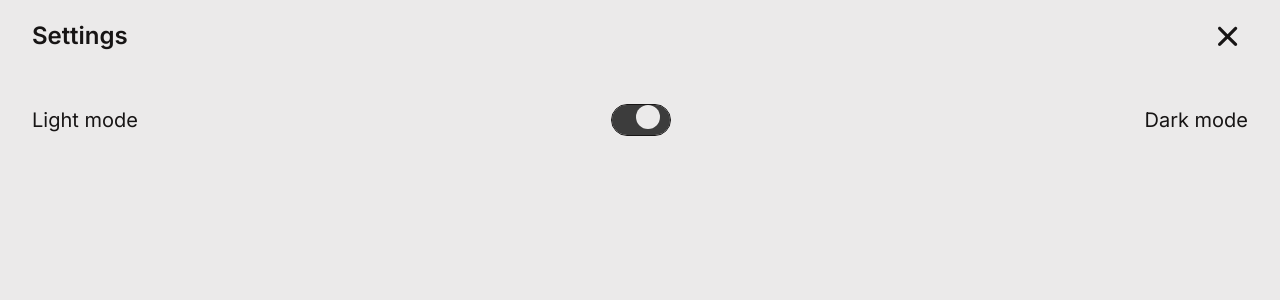
Repository: IdaHolmen/notes
Page: index.html
These files come from the project's save history. The page is drawn as it stood at one moment and after the next save; the edit follows.
The browser window is 1280 px wide. The pictures show the whole page.
The first `input` is checked.

Above is the page before, as saved 2024-10-26 18:50:45.

### index.html
<!DOCTYPE html>
<html lang="en">
    <head>
        <meta charset="UTF-8" />
        <meta name="viewport" content="width=device-width, initial-scale=1.0" />
        <title>Notes</title>

        <link rel="stylesheet" href="./css/reset.css" />
        <link rel="stylesheet" href="./css/style.css" />
    </head>
    <body>
        <header class="notes-header">
            <button class="hamburger-button header-buttons">
                <img src="./assets/hamburger.svg" alt="Hamburger menu" class="hamburger-image header-images" />
            </button>
            <h1 class="headline">Notes</h1>
            <button class="add-notes-button header-buttons">
                <img src="./assets/plus.svg" alt="A plus sign to add notes" class="add-notes-image header-images" />
            </button>
        </header>

        <main class="main-container">
            <div class="default-container">
                <p class="default-text">Tap the + to add a new note</p>
            </div>

            <div class="hamburger-menu">
                <div class="hamburger-header">
                    <h2 class="headline">Settings</h2>
                    <button class="close-button header-buttons">
                        <img src="./assets/exit.svg" alt="Exit button" class="exit-image" />
                    </button>
                </div>

                <div class="hamburger-main-container">
                    <div class="mode-container">
                        <p class="mode-text">Light mode</p>

                        <label class="switch">
                            <input type="checkbox" />
                            <span class="slider round"></span>
                        </label>

                        <p class="mode-text">Dark mode</p>
                    </div>
                </div>
            </div>
        </main>
        <script src="app.js"></script>
    </body>
</html>

### css/reset.css
*, *::before, *::after {
	box-sizing: border-box;
  }

* {
	margin: 0;
	padding: 0;
}

body {
	line-height: 1.5;
	-webkit-font-smoothing: antialiased;
}

img, picture, video, canvas, svg {
	display: block;
	max-width: 100%;
}

input, textarea, select {
	font: inherit;
}

p, h1, h2, h3, h4, h5, h6 {
	overflow-wrap: break-word;
}

#root, #__next {
	isolation: isolate;
}

button {
	font: inherit;
	background: transparent;
	border: none;
	cursor: pointer;
	touch-action: manipulation;
}

a {
	color: inherit;
	text-decoration: none;
}

### css/style.css
@import url('https://fonts.googleapis.com/css2?family=Inter:ital,opsz,wght@0,14..32,100..900;1,14..32,100..900&display=swap');

:root {
    --primary-color: #ebeaea;
    --secondary-color: #171515;
    --dark-card-color: #3c3c3c;
    --light-card-color: #f0edc7;
}

body {
    width: 100%;
    height: 100vh;
    background-color: var(--primary-color);
    color: var(--secondary-color);
    font-family: 'Inter';
}

.notes-header {
    width: 100%;
    height: 10%;
    display: none;
    flex-direction: row;
    align-items: center;
    justify-content: space-between;
    padding: 1rem 2rem;
}

.headline {
    font-size: 1.5rem;
    font-weight: 600;
}

.header-buttons {
    width: 2.5rem;
    height: 2.5rem;
    border-radius: 50%;
    display: flex;
    justify-content: center;
    align-items: center;
}

.header-buttons:hover {
    background-color: #d9d9d9;
}

.header-buttons:active {
    background-color: #a5a5a5;
}

.header-images {
    width: 1.5rem;
    height: 1.5rem;
}

.main-container {
    width: 100%;
    height: 90%;
}

.default-container {
    width: 100%;
    height: 100%;
    display: none;
    justify-content: center;
    align-items: center;
}

.default-text {
    font-size: 1.25rem;
}

/* ------------ HAMBURGER MENU ------------  */
.hamburger-menu {
    width: 100%;
    height: 100vh;
}

.hamburger-header {
    width: 100%;
    height: 10%;
    display: flex;
    flex-direction: row;
    align-items: center;
    justify-content: space-between;
    padding: 1rem 2rem;
}

.exit-image {
    width: 1.25rem;
    height: 1.25rem;
}

.hamburger-main-container {
    width: 100%;
    height: 90%;
}

.mode-container {
    width: 100%;
    padding: 2rem;
    display: flex;
    flex-direction: row;
    justify-content: space-between;
    align-items: center;
}

.mode-text {
    font-size: 1.25rem;
}

.switch {
    width: 3.75rem;
    height: 2rem;
    border-radius: 2rem;
    border: 1px solid var(--secondary-color);
    display: inline-block;
    position: relative;
}

.switch input {
    opacity: 0;
    width: 0;
    height: 0;
}

.slider {
    position: absolute;
    cursor: pointer;
    top: 0;
    left: 0;
    right: 0;
    bottom: 0;
    background-color: var(--dark-card-color);
    -webkit-transition: 0.4s;
    transition: 0.4s;
}

.slider:hover {
    background: #595959;
}

.slider:before {
    position: absolute;
    content: '';
    height: 1.5rem;
    width: 1.5rem;
    left: 8px;
    bottom: 6px;
    background-color: var(--primary-color);
    -webkit-transition: 0.4s;
    transition: 0.4s;
}

input:checked + .slider {
    background-color: var(--dark-card-color);
}

input:focus + .slider {
    box-shadow: 0 0 1px;
}

input:checked + .slider:before {
    -webkit-transform: translateX(1rem);
    -ms-transform: translateX(1rem);
    transform: translateX(1rem);
}

.slider.round {
    border-radius: 34px;
}

.slider.round:before {
    border-radius: 50%;
}

### app.js
// FETCHING ELEMENTS FROM THE DOM
const hamburgerButton = document.querySelector('.hamburger-button');

// EVENT LISTENERS
hamburgerButton.addEventListener('click', ()=> {
  console.log('Button clicked');

})

After the next save:
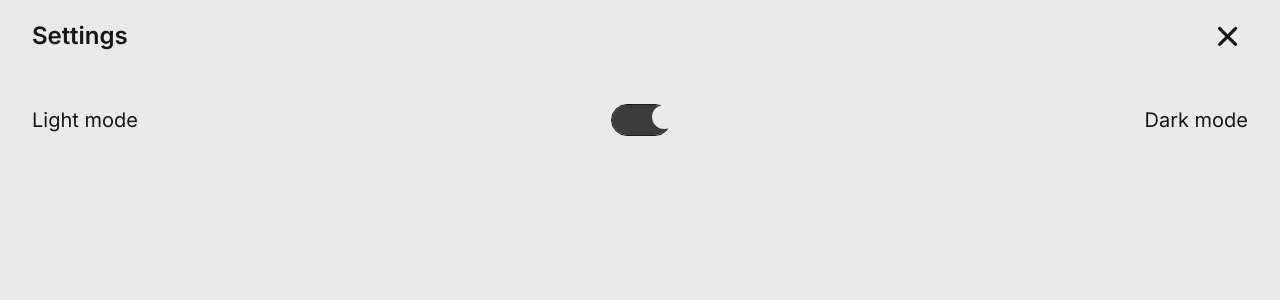
Saved 31 s later.
--- a/css/style.css
+++ b/css/style.css
@@ -160,9 +160,9 @@ input:focus + .slider {
 }
 
 input:checked + .slider:before {
-    -webkit-transform: translateX(1rem);
-    -ms-transform: translateX(1rem);
-    transform: translateX(1rem);
+    -webkit-transform: translateX(2rem);
+    -ms-transform: translateX(2rem);
+    transform: translateX(2rem);
 }
 
 .slider.round {
